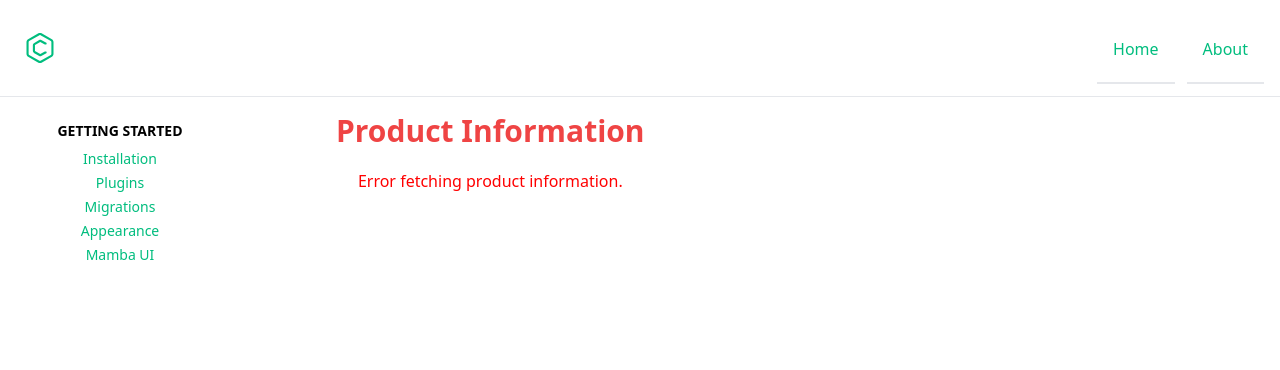
Repository: loktioncode/vectra-shop
Page: /
The author's editor kept a copy of each file at every save. The page is drawn from the files as they stood at one save, then again after a run of saves.
The browser window is 1280 px wide. The pictures show the whole page.
The page's requests for data from a server got no answer. The project was rebuilt for these pictures with package versions that can differ from the ones it lists, and the page was loaded fresh each time. No one was signed in, and anything a server would have sent is missing. Also part of the build but not shown: vite.config.ts, src/components/ProductCard.vue. Imported but missing from the stored project, and not drawn on this page: src/components/Counter.vue.

Above is the page before, as saved 2023-09-20 15:48:39.

### src/assets/main.css
@tailwind base;
@tailwind components;
@tailwind utilities;

@import './base.css';

a,
.green {
  text-decoration: none;
  color: hsla(160, 100%, 37%, 1);
  transition: 0.4s;
}

@media (hover: hover) {
  a:hover {
    background-color: hsla(160, 100%, 37%, 0.2);
  }
}

### src/App.vue
<!-- <script setup lang="ts">
import { RouterLink, RouterView } from 'vue-router'
import HelloWorld from './components/HelloWorld.vue'
</script> -->

<template>
  <div class="app">

    <header class="p-4 dark:bg-gray-800 dark:text-gray-100">
      <div class="container flex justify-between h-16 mx-auto">
        <a rel="noopener noreferrer" href="#" aria-label="Back to homepage" class="flex items-center p-2">
          <svg xmlns="http://www.w3.org/2000/svg" fill="currentColor" viewBox="0 0 32 32"
            class="w-8 h-8 dark:text-violet-400">
            <path
              d="M27.912 7.289l-10.324-5.961c-0.455-0.268-1.002-0.425-1.588-0.425s-1.133 0.158-1.604 0.433l0.015-0.008-10.324 5.961c-0.955 0.561-1.586 1.582-1.588 2.75v11.922c0.002 1.168 0.635 2.189 1.574 2.742l0.016 0.008 10.322 5.961c0.455 0.267 1.004 0.425 1.59 0.425 0.584 0 1.131-0.158 1.602-0.433l-0.014 0.008 10.322-5.961c0.955-0.561 1.586-1.582 1.588-2.75v-11.922c-0.002-1.168-0.633-2.189-1.573-2.742zM27.383 21.961c0 0.389-0.211 0.73-0.526 0.914l-0.004 0.002-10.324 5.961c-0.152 0.088-0.334 0.142-0.53 0.142s-0.377-0.053-0.535-0.145l0.005 0.002-10.324-5.961c-0.319-0.186-0.529-0.527-0.529-0.916v-11.922c0-0.389 0.211-0.73 0.526-0.914l0.004-0.002 10.324-5.961c0.152-0.090 0.334-0.143 0.53-0.143s0.377 0.053 0.535 0.144l-0.006-0.002 10.324 5.961c0.319 0.185 0.529 0.527 0.529 0.916z">
            </path>
            <path
              d="M22.094 19.451h-0.758c-0.188 0-0.363 0.049-0.515 0.135l0.006-0.004-4.574 2.512-5.282-3.049v-6.082l5.282-3.051 4.576 2.504c0.146 0.082 0.323 0.131 0.508 0.131h0.758c0.293 0 0.529-0.239 0.529-0.531v-0.716c0-0.2-0.11-0.373-0.271-0.463l-0.004-0.002-5.078-2.777c-0.293-0.164-0.645-0.26-1.015-0.26-0.39 0-0.756 0.106-1.070 0.289l0.010-0.006-5.281 3.049c-0.636 0.375-1.056 1.055-1.059 1.834v6.082c0 0.779 0.422 1.461 1.049 1.828l0.009 0.006 5.281 3.049c0.305 0.178 0.67 0.284 1.061 0.284 0.373 0 0.723-0.098 1.027-0.265l-0.012 0.006 5.080-2.787c0.166-0.091 0.276-0.265 0.276-0.465v-0.716c0-0.293-0.238-0.529-0.529-0.529z">
            </path>
          </svg>
        </a>
        <ul class="items-stretch hidden space-x-3 md:flex">
          <RouterLink to="/" class="flex items-center px-4 -mb-1 border-b-2 dark:border-transparent">Home</RouterLink>
          <RouterLink to="/about" class="flex items-center px-4 -mb-1 border-b-2 dark:border-transparent">About
          </RouterLink>
        </ul>
        <button class="flex justify-end p-4 md:hidden">
          <svg xmlns="http://www.w3.org/2000/svg" fill="none" viewBox="0 0 24 24" stroke="currentColor" class="w-6 h-6">
            <path stroke-linecap="round" stroke-linejoin="round" stroke-width="2" d="M4 6h16M4 12h16M4 18h16"></path>
          </svg>
        </button>
      </div>
    </header>

    <RouterView />

  </div>
</template>

<style >
.app {
  text-align: center;
}
</style>

### src/views/HomeView.vue


<template>
  <!-- <div class="home">
    <Counter />
    <div class="buttons">
      <button @click="storeCounter.decreaseCount">-</button>
      <button @click="storeCounter.increaseCount">+</button>
    </div>
    <hr>
    <div>
      this counter is : {{ storeCounter.oddOrEven }}
    </div>
    <hr>
    <div>
      <h3>Edit Counter:</h3>
      <input v-model="storeCounter.count" type="number" name="count" id="count">
    </div>
  </div> -->
  <hr>
  <div>
    <Products />
  </div>

</template>



<script setup lang="ts">
import Counter from '@/components/Counter.vue'
import Products from '@/components/Products.vue'

import { useCounterStore } from '@/stores/counter'

const storeCounter = useCounterStore();


</script>

<style>
@media (min-width: 1024px) {
  .home {
    min-height: 100vh;
    align-items: center;
  }



  .buttons button {
    font-size: 40px;
    margin: 20px;
    width: 50px;
    height: 50px;
  }
}
</style>

### src/components/Products.vue
<template>
  <div class="flex">
    <!-- Left Sidebar for Filters -->
    <div class="w-1/4 ">
      <aside class="w-full p-6 sm:w-60 dark:bg-gray-900 dark:text-gray-100">
        <nav class="space-y-10 text-sm">
          <div class="space-y-2">
            <h2 class="text-sm font-semibold tracki uppercase dark:text-gray-400">Getting Started</h2>
            <div class="flex flex-col space-y-1">
              <a rel="noopener noreferrer" href="#">Installation</a>
              <a rel="noopener noreferrer" href="#">Plugins</a>
              <a rel="noopener noreferrer" href="#">Migrations</a>
              <a rel="noopener noreferrer" href="#">Appearance</a>
              <a rel="noopener noreferrer" href="#">Mamba UI</a>
            </div>
          </div>

        </nav>
      </aside>
    </div>

    <!-- Right Side for Product Information -->
    <div class="w-4/4 p-4">
      <h1 class="text-3xl text-red-500 font-bold mb-5">Product Information</h1>
      <div v-if="productStore.loading">Loading...</div>
      <div v-else>
        <div v-if="productStore.error" class="error-message">{{ productStore.error }}</div>
        <div class="px-10">
          <div class="grid grid-cols-4 gap-4">
            <ProductCard v-for="product in productStore.products" :key="product.id" :product="product" />
          </div>
        </div>
      </div>
    </div>
  </div>
</template>

<script setup lang="ts">
import { onMounted } from 'vue';
import { useProductStore } from '@/stores/productStore';
import ProductCard from '@/components/ProductCard.vue';

const productStore = useProductStore();

async function fetchProductInfo() {
  const apiUrl = 'https://fakestoreapi.com/products'; // Replace with your actual API endpoint
  await productStore.fetchProductInfo(apiUrl);
}

onMounted(() => fetchProductInfo());
</script>

<style scoped>
.error-message {
  color: red;
}
</style>

### src/stores/counter.ts
import { computed } from 'vue'
import { defineStore } from 'pinia'

export const useCounterStore = defineStore({
  id: 'counter',
  state: () => ({
    count: 0,
    name: '张三',
    username: 'zhangsan'
  }),
  actions: {
    increaseCount() {
      this.count++;
    },
    decreaseCount() {
      this.count--;
    }
  },
  getters: {
    oddOrEven: (state) => {
      if (state.count % 2 === 0) {
        return 'even'
      } else {
        return 'odd'
      }
    }

  }
})

### src/stores/productStore.ts
import { defineStore } from 'pinia';

interface Product {
    id: string;
    title: string;
    description: string;
    price: number;
}

export const useProductStore = defineStore({
    id: 'products',
    state: () => ({
        products: [] as Product[],
        loading: false,
        error: null as string | null,
    }),
    actions: {
        async fetchProductInfo(apiUrl: string) {
            try {
                this.loading = true;
                const response = await fetch(apiUrl);

                if (!response.ok) {
                    throw new Error('Network response was not ok');
                }

                this.products = await response.json();
                this.error = null;
            } catch (error) {
                this.error = 'Error fetching product information.';
                console.error(error);
            } finally {
                this.loading = false;
            }
        },
    },
    getters: {


    }
})

### tailwind.config.js
/** @type {import('tailwindcss').Config} */
module.exports = {
  content: [
    "./index.html",
    "./src/**/*.{vue,js,jsx,ts,tsx}",
  ],
  theme: {
    extend: {},
  },
  plugins: [],
}

Loaded but not shown: index.html (common file); src/main.ts (common file); src/router/index.ts (common file)

After the next 2 saves:
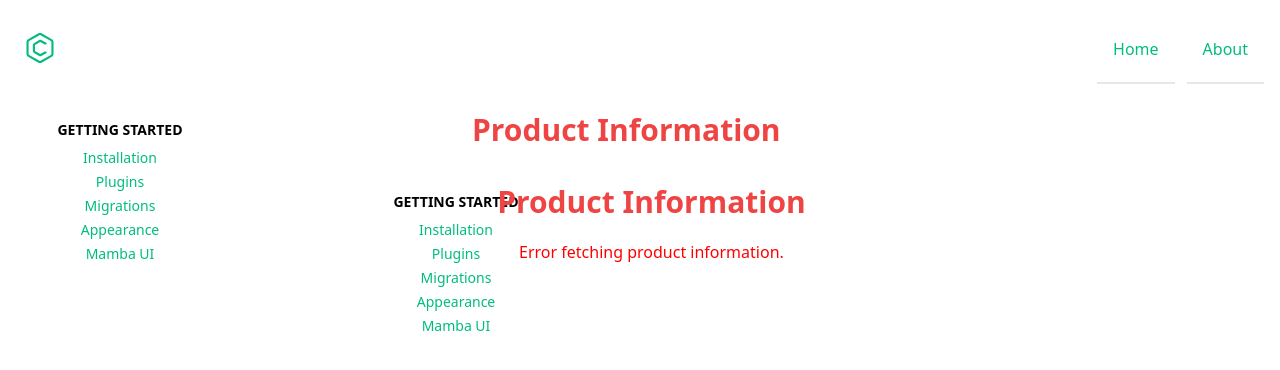
The 2 saves are shown as one change because 1 did not build or start.
The last was saved 56 s later.
--- a/src/views/HomeView.vue
+++ b/src/views/HomeView.vue
@@ -1,27 +1,33 @@
+
 
 
 <template>
-  <!-- <div class="home">
-    <Counter />
-    <div class="buttons">
-      <button @click="storeCounter.decreaseCount">-</button>
-      <button @click="storeCounter.increaseCount">+</button>
+  <div class="flex">
+    <!-- Left Sidebar for Filters -->
+    <div class="w-1/4 ">
+      <aside class="w-full p-6 sm:w-60 dark:bg-gray-900 dark:text-gray-100">
+        <nav class="space-y-10 text-sm">
+          <div class="space-y-2">
+            <h2 class="text-sm font-semibold tracki uppercase dark:text-gray-400">Getting Started</h2>
+            <div class="flex flex-col space-y-1">
+              <a rel="noopener noreferrer" href="#">Installation</a>
+              <a rel="noopener noreferrer" href="#">Plugins</a>
+              <a rel="noopener noreferrer" href="#">Migrations</a>
+              <a rel="noopener noreferrer" href="#">Appearance</a>
+              <a rel="noopener noreferrer" href="#">Mamba UI</a>
+            </div>
+          </div>
+
+        </nav>
+      </aside>
     </div>
-    <hr>
-    <div>
-      this counter is : {{ storeCounter.oddOrEven }}
+
+    <!-- Right Side for Product Information -->
+    <div class="w-4/4 p-4">
+      <h1 class="text-3xl text-red-500 font-bold mb-5">Product Information</h1>
+      <Products />
     </div>
-    <hr>
-    <div>
-      <h3>Edit Counter:</h3>
-      <input v-model="storeCounter.count" type="number" name="count" id="count">
-    </div>
-  </div> -->
-  <hr>
-  <div>
-    <Products />
   </div>
-
 </template>
 
 
